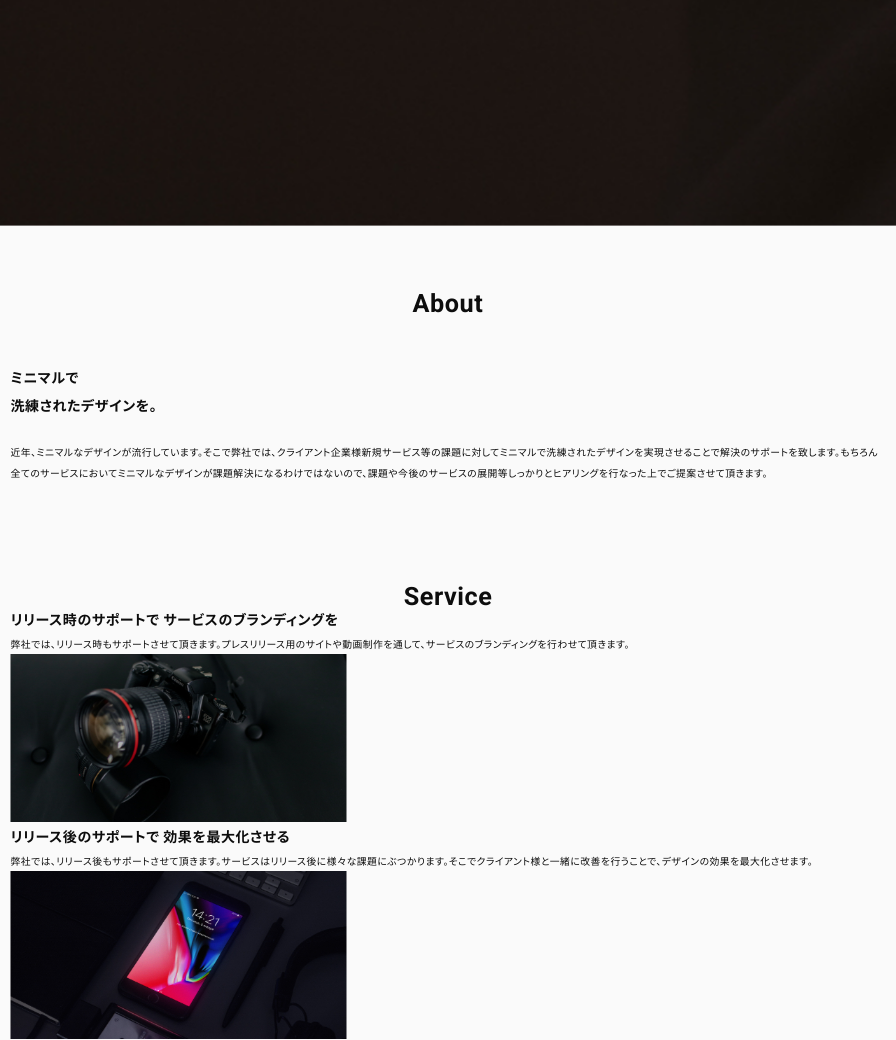
Repository: hatarakimono-kumasan/kurisuta_1st
Page: index.html
An editor plug-in stored every save of this project. The page is shown before and after the next save, followed by the edit.
The browser window is 1280 px wide. The pictures show the part of the page from y = 1765 to 3685 px (the page is 3250 px tall before and 3685 px after), at 70% of full size.
Some web libraries are served in a nearby version. The style sheet was rebuilt from its Sass, Less or Tailwind sources for each picture, by a compiler version that may differ from the author's.

Above is the page before, as saved 2020-05-15 08:41:49.

After the next save:
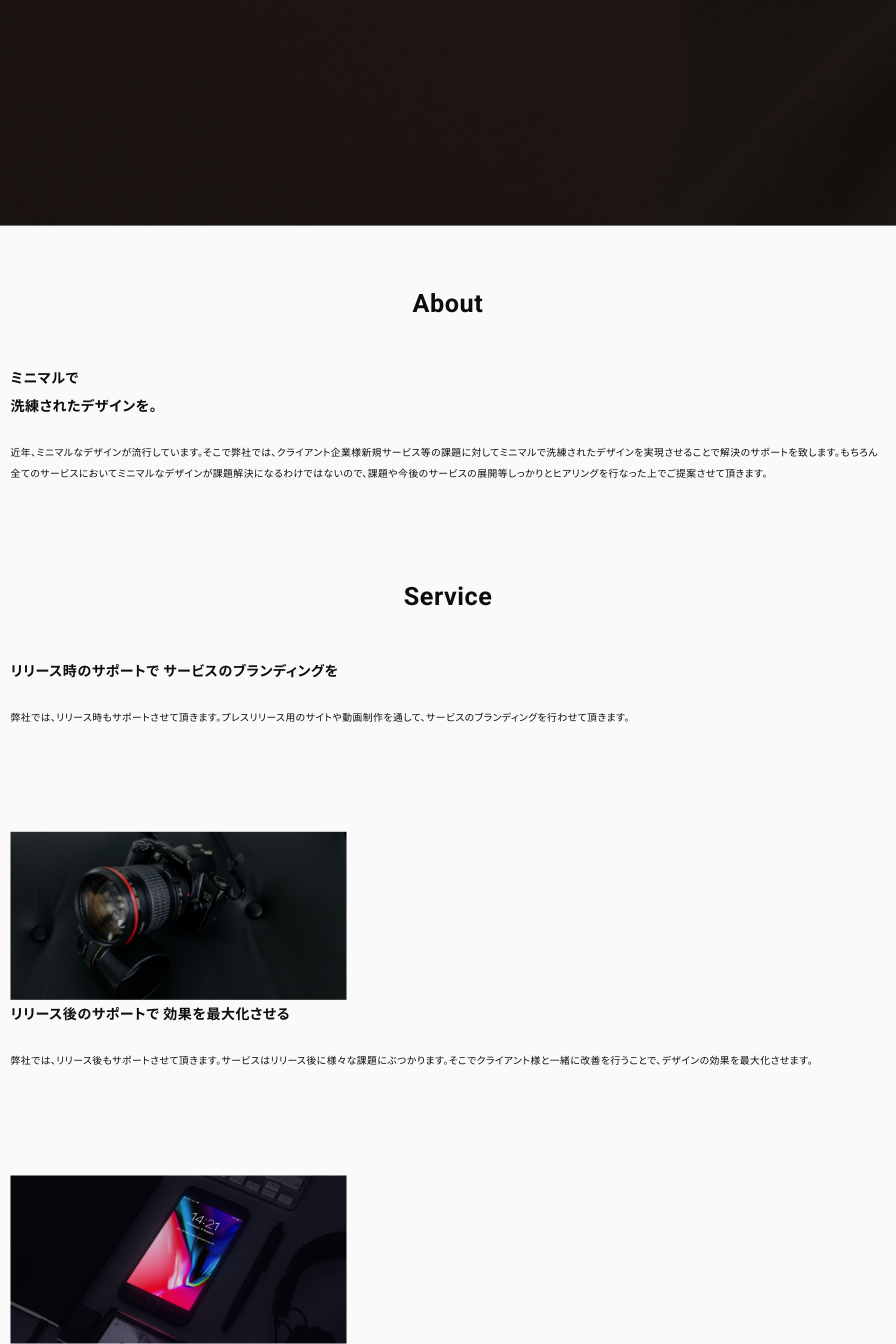
Saved 23 s later.
--- a/scss/layout/_main.scss
+++ b/scss/layout/_main.scss
@@ -37,7 +37,8 @@ main {
 /*=============================================
 about
 ===============================================*/
-.about {
+.about,
+.service {
 	width: 100%;
 
 	h2 {
